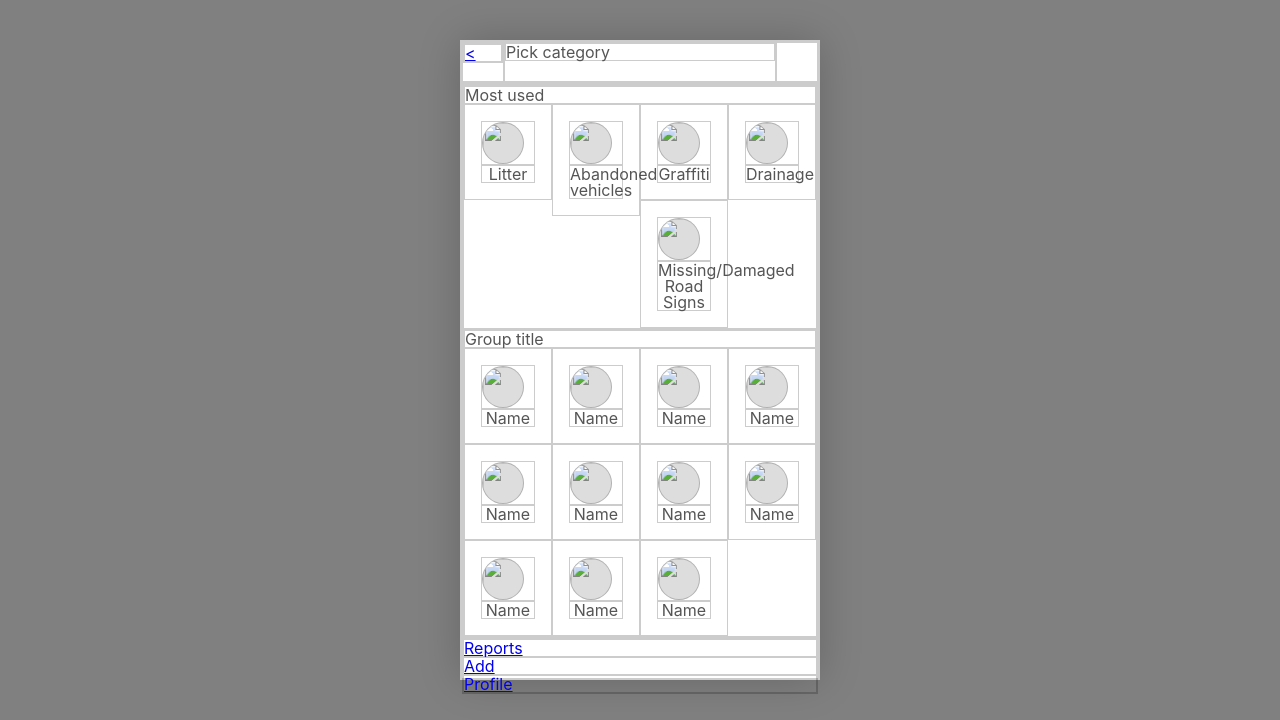
Repository: aleksandrenko/html-css-playground
Page: add report.html
The author's editor kept a copy of each file at every save. The page is drawn from the files as they stood at one save, then again after the next save.
The browser window is 1280 px wide. The pictures show the whole page.

Above is the page before, as saved 2018-01-18 17:50:06.

After the next save:
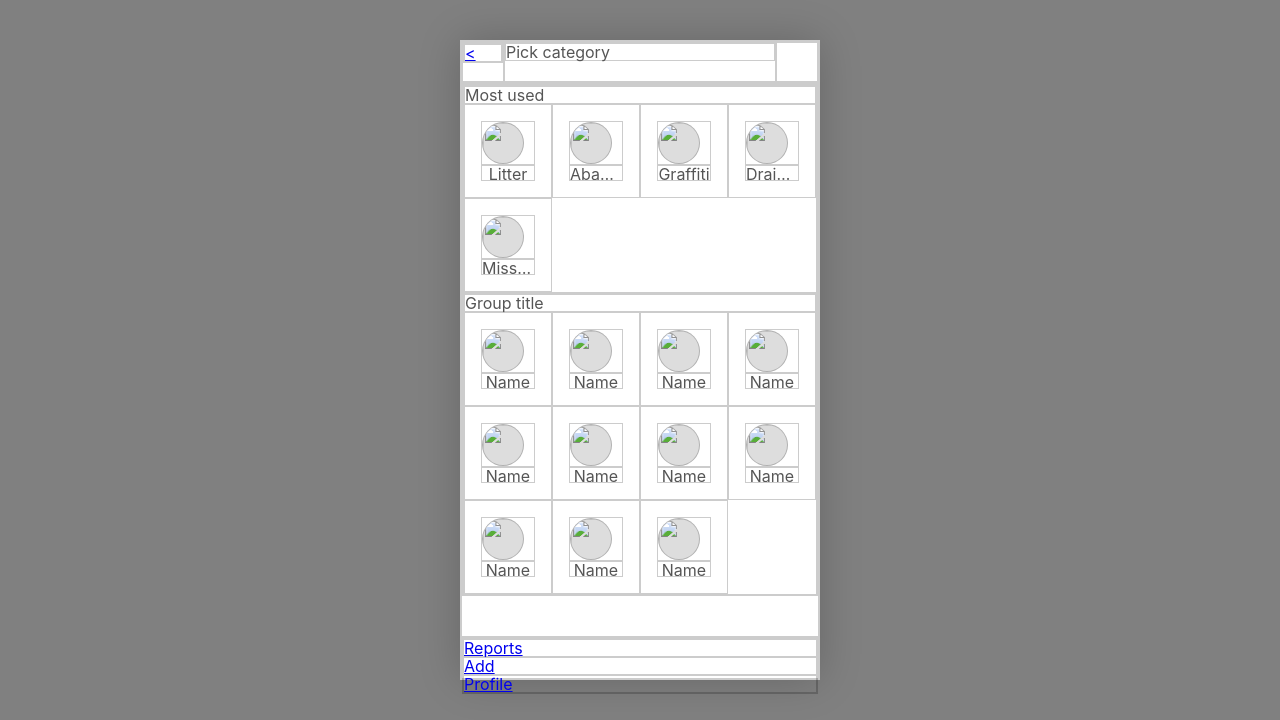
Saved 9 s later.
--- a/css/pages/categories.css
+++ b/css/pages/categories.css
@@ -18,7 +18,7 @@ categories group picture img {
   border-radius: 50%;
 }
 
-categories group picture name {
+categories group name {
   overflow: hidden;
   text-overflow: ellipsis;
   height: 1rem;
